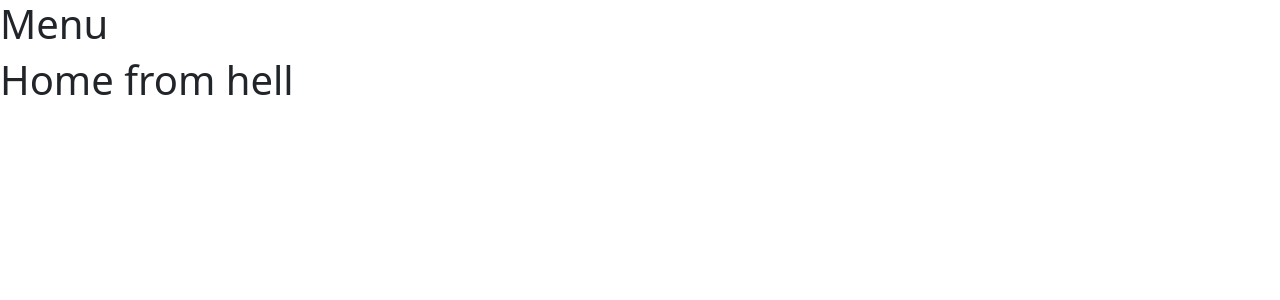
Repository: thf4/React-Front
Page: /
An editor plug-in stored every save of this project. The page is shown before and after the next save, followed by the edit.
The browser window is 1280 px wide. The pictures show the whole page.
The project was rebuilt for these pictures with package versions that can differ from the ones it lists, and the page was loaded fresh each time. Also part of the build but not shown: src/pages/Vizualizar/index.js, src/pages/Cadastrar/index.js, src/pages/Editar/index.js.

Above is the page before, as saved 2021-05-07 09:02:34.

After the next save:
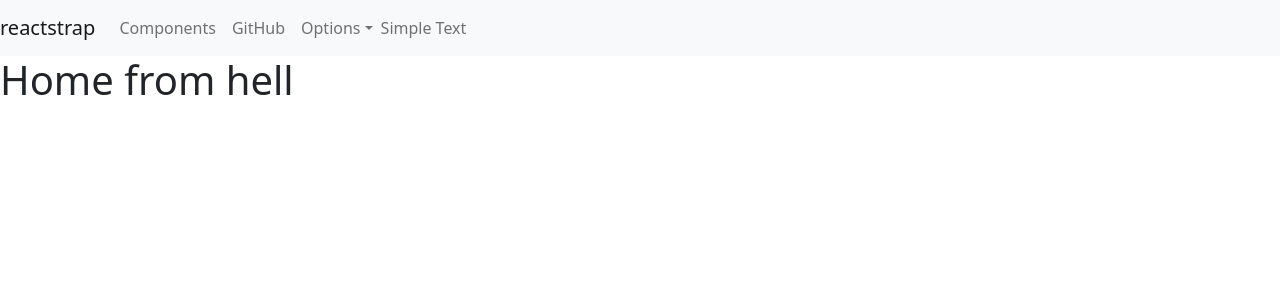
Saved 72 s later.
--- a/src/components/Menu.js
+++ b/src/components/Menu.js
@@ -1,9 +1,57 @@
-import React from "react"
+import React, { useState } from "react";
+import {
+  Collapse,
+  Navbar,
+  NavbarToggler,
+  NavbarBrand,
+  Nav,
+  NavItem,
+  NavLink,
+  UncontrolledDropdown,
+  DropdownToggle,
+  DropdownMenu,
+  DropdownItem,
+  NavbarText,
+  Container,
+} from "reactstrap";
+export const Menu = (props) => {
+  const [isOpen, setIsOpen] = useState(false);
 
-export const Menu = () =>{
-  return  (
+  const toggle = () => setIsOpen(!isOpen);
+  return (
     <div>
-      <h1> Menu </h1>
+       <Navbar color="light" light expand="md">
+        <NavbarBrand href="/">reactstrap</NavbarBrand>
+        <NavbarToggler onClick={toggle} />
+        <Collapse isOpen={isOpen} navbar>
+          <Nav className="mr-auto" navbar>
+            <NavItem>
+              <NavLink href="/components/">Components</NavLink>
+            </NavItem>
+            <NavItem>
+              <NavLink href="https://github.com/reactstrap/reactstrap">GitHub</NavLink>
+            </NavItem>
+            <UncontrolledDropdown nav inNavbar>
+              <DropdownToggle nav caret>
+                Options
+              </DropdownToggle>
+              <DropdownMenu right>
+                <DropdownItem>
+                  Option 1
+                </DropdownItem>
+                <DropdownItem>
+                  Option 2
+                </DropdownItem>
+                <DropdownItem divider />
+                <DropdownItem>
+                  Reset
+                </DropdownItem>
+              </DropdownMenu>
+            </UncontrolledDropdown>
+          </Nav>
+          <NavbarText>Simple Text</NavbarText>
+        </Collapse>
+      </Navbar>
     </div>
-  )
-}
+  );
+};
